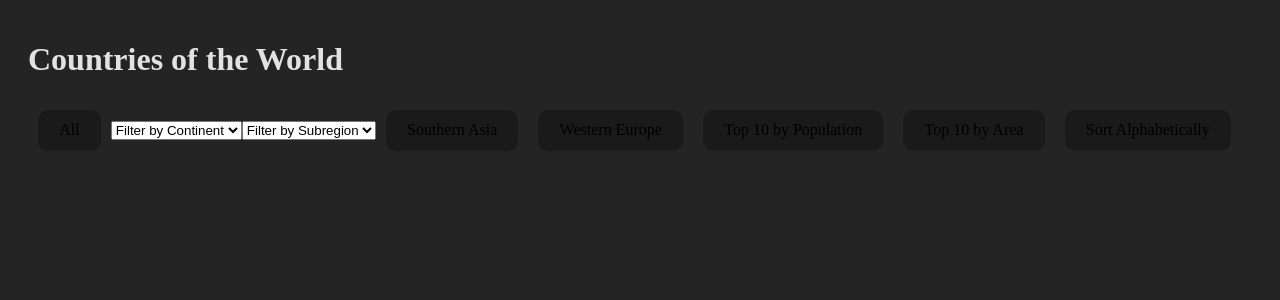
Repository: SandyLy453/comp-lab10
Page: /
An editor plug-in stored every save of this project. The page is shown before and after the next save, followed by the edit.
The browser window is 1280 px wide. The pictures show the whole page.
The page's requests for data from a server got no answer. The project was rebuilt for these pictures with package versions that can differ from the ones it lists, and the page was loaded fresh each time. No one was signed in, and anything a server would have sent is missing. Also part of the build but not shown: vite.config.js, src/components/Contry.jsx.

Above is the page before, as saved 2024-11-14 23:09:27.

After the next save:
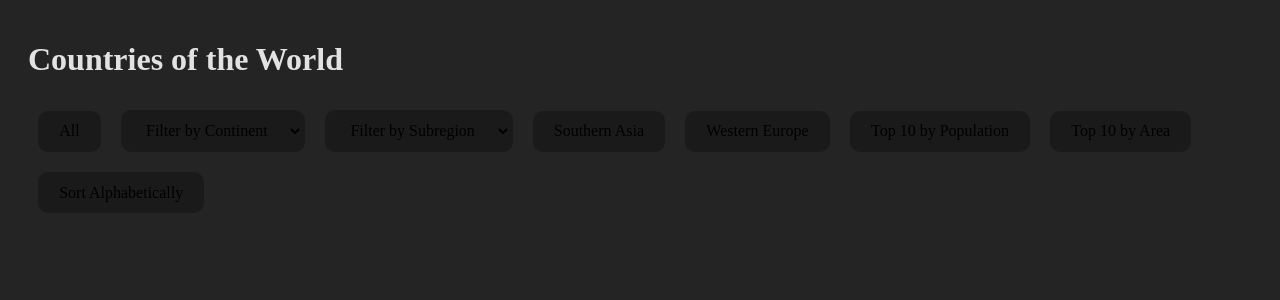
Saved 13 s later.
--- a/src/index.css
+++ b/src/index.css
@@ -14,7 +14,7 @@
 }
 
 button,
-section {
+select {
   border-radius: 10px;
   border: 2px solid transparent;
   padding: 0.6em 1.2em;
